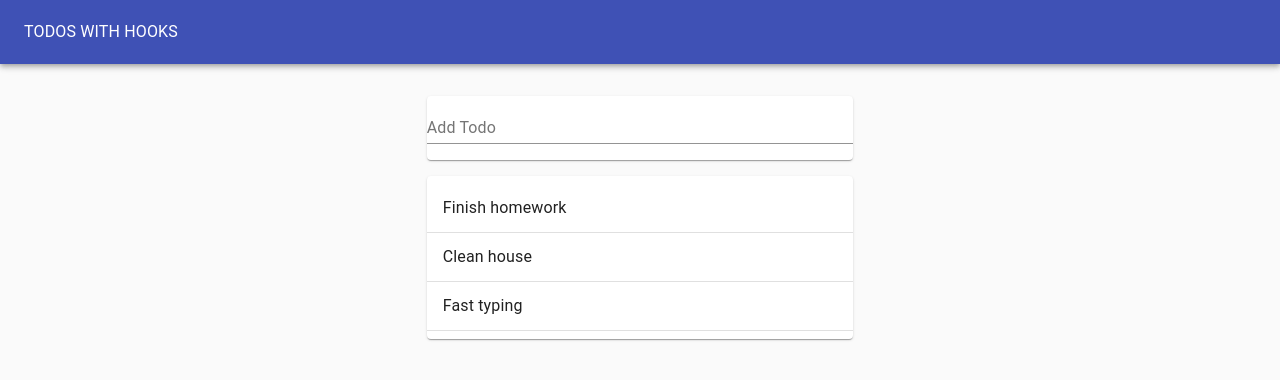
Repository: fulman/todo
Page: /
These files come from the project's save history. The page is drawn as it stood at one moment and after the next save; the edit follows.
The browser window is 1280 px wide. The pictures show the whole page.
The project was rebuilt for these pictures with package versions that can differ from the ones it lists, and the page was loaded fresh each time.

Above is the page before, as saved 2020-09-27 13:20:09.

### src/App.js
import React from "react";
import TodoApp from "./TodoApp";

function App() {
  return <TodoApp />;
}

export default App;

### src/TodoApp.js
import React, { useState } from "react";
import Typography from "@material-ui/core/Typography";
import Paper from "@material-ui/core/Paper";
import AppBar from "@material-ui/core/AppBar";
import Toolbar from "@material-ui/core/Toolbar";
import Grid from "@material-ui/core/Grid";
import TodoList from "./TodoList";
import TodoForm from "./TodoForm";

function TodoApp() {
  const initialTodos = [
    { id: 1, task: "Finish homework", completed: false },
    { id: 2, task: "Clean house", completed: true },
    { id: 3, task: "Fast typing", completed: false },
  ];
  const [todos, setTodos] = useState(initialTodos);
  const addTodo = (newTodoText) => {
    setTodos([...todos, { id: 4, task: newTodoText, completed: false }]);
  };
  return (
    <Paper
      style={{
        padding: 0,
        margin: 0,
        height: "100vh",
        backgroundColor: "#fafafa",
      }}
      elevation={0}
    >
      <AppBar color="primary" position="static" style={{ height: "64px" }}>
        <Toolbar>
          <Typography color="inherit">TODOS WITH HOOKS</Typography>
        </Toolbar>
      </AppBar>
      <Grid container justify="center" style={{ marginTop: "1rem" }}>
        <Grid item xs={11} md={8} lg={4}>
          <TodoForm addTodo={addTodo} />
          <TodoList todos={todos} />
        </Grid>
      </Grid>
    </Paper>
  );
}

export default TodoApp;

### src/TodoList.js
import React from "react";
import Paper from "@material-ui/core/Paper";
import List from "@material-ui/core/List";
import ListItem from "@material-ui/core/ListItem";
import ListItemText from "@material-ui/core/ListItemText";
import Divider from "@material-ui/core/Divider";

function TodoList(props) {
  return (
    <Paper>
      <List>
        {props.todos.map((todo) => (
          <>
            <ListItem>
              <ListItemText>{todo.task}</ListItemText>
            </ListItem>
            <Divider />
          </>
        ))}
      </List>
    </Paper>
  );
}

export default TodoList;

### src/TodoForm.js
import React from "react";
import Paper from "@material-ui/core/Paper";
import TextField from "@material-ui/core/TextField";
import useInputState from "./hooks/useInputState";

function TodoForm({ addTodo }) {
  const [value, handleChange, reset] = useInputState("");
  return (
    <Paper style={{ margin: "1rem 0", padding: "0 0 1rem" }}>
      <form
        onSubmit={(e) => {
          e.preventDefault();
          addTodo(value);
          reset();
        }}
      >
        <TextField
          value={value}
          label="Add Todo"
          fullWidth
          onChange={handleChange}
        />
      </form>
    </Paper>
  );
}
export default TodoForm;

### src/hooks/useInputState.js
import { useState } from "react";

export default (initialValue) => {
  const [value, setValue] = useState(initialValue);
  const handleChange = (e) => {
    setValue(e.target.value);
  };
  const reset = () => {
    setValue("");
  };
  return [value, handleChange, reset];
};

Loaded but not shown: public/index.html (common file); src/index.js (common file); src/index.css (common file); src/serviceWorker.js (common file)

After the next save:
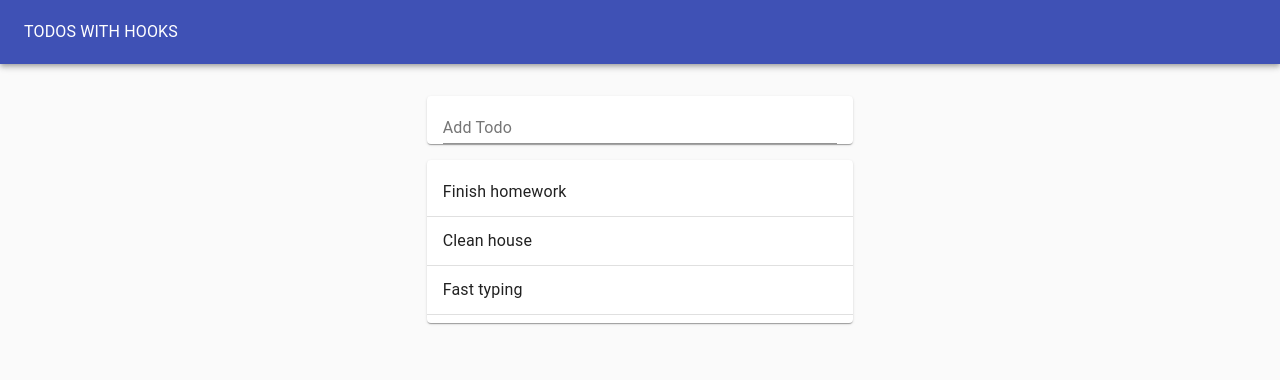
Saved 16 s later.
--- a/src/TodoForm.js
+++ b/src/TodoForm.js
@@ -6,7 +6,7 @@ import useInputState from "./hooks/useInputState";
 function TodoForm({ addTodo }) {
   const [value, handleChange, reset] = useInputState("");
   return (
-    <Paper style={{ margin: "1rem 0", padding: "0 0 1rem" }}>
+    <Paper style={{ margin: "1rem 0", padding: "0 1rem" }}>
       <form
         onSubmit={(e) => {
           e.preventDefault();
